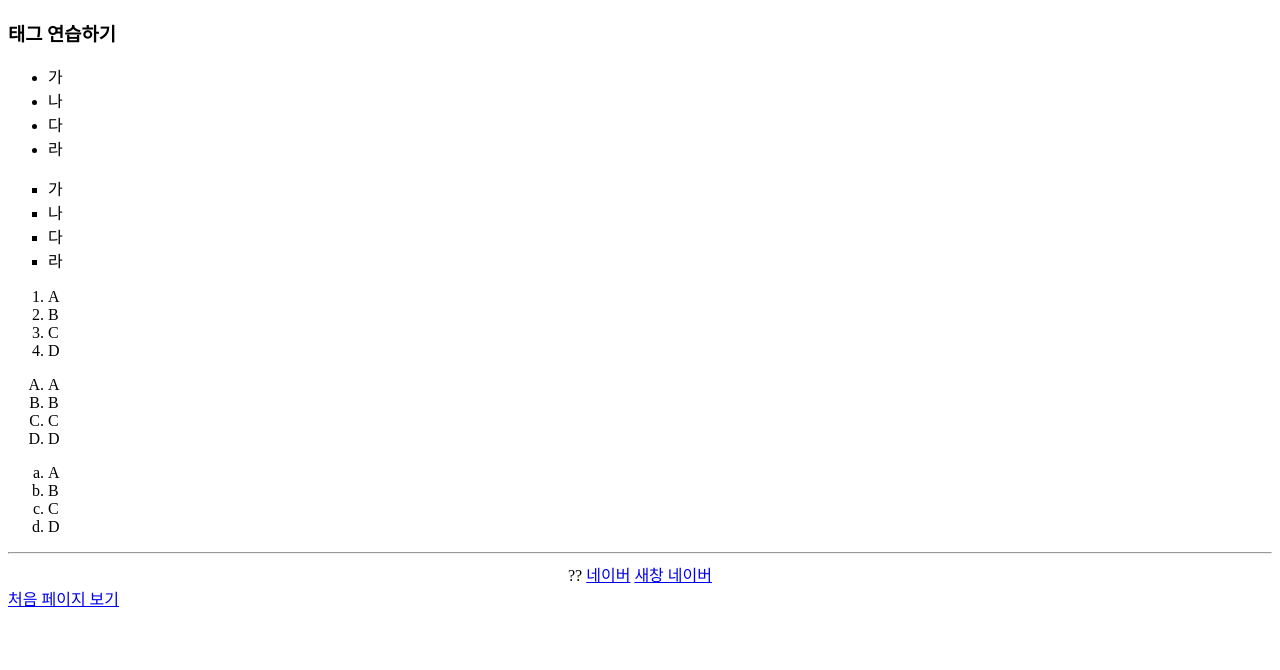
Repository: poomshen/team_03_project2
Page: WebBasic/WebContent/Ex02_Basic.html
An editor plug-in stored every save of this project. The page is shown before and after the next save, followed by the edit.
The browser window is 1280 px wide. The pictures show the whole page.

Above is the page before, as saved 2016-08-26 05:47:29.

### WebBasic/WebContent/Ex02_Basic.html
<!DOCTYPE html>
<html>
<head>
<meta charset="UTF-8">
<title>태그연습</title>
</head>
<body>
<h3> 태그 연습하기</h3>
<ul>
 	<li>가 </li>
 	<li>나 </li>
 	<li>다 </li>
 	<li>라 </li>
</ul>
<ul type="square">
 	<li>가 </li>
 	<li>나 </li>
 	<li>다 </li>
 	<li>라 </li>
</ul>
<ol>
	<li>A</li>
	<li>B</li>
	<li>C</li>
	<li>D</li>
</ol>
<ol type="A">
	<li>A</li>
	<li>B</li>
	<li>C</li>
	<li>D</li>
</ol>
<ol type="a">
	<li>A</li>
	<li>B</li>
	<li>C</li>
	<li>D</li>
</ol>
<div style="width: 100" align="center">
<hr/>
??

<a  href="http://www,naver,com" target="_self">네이버</a>

<a  href="http://www,naver,com" target="_blank">새창 네이버</a>

</div>
<a href="Ex01_Basic.html">처음 페이지 보기</a>


</body>
</html>

After the next save:
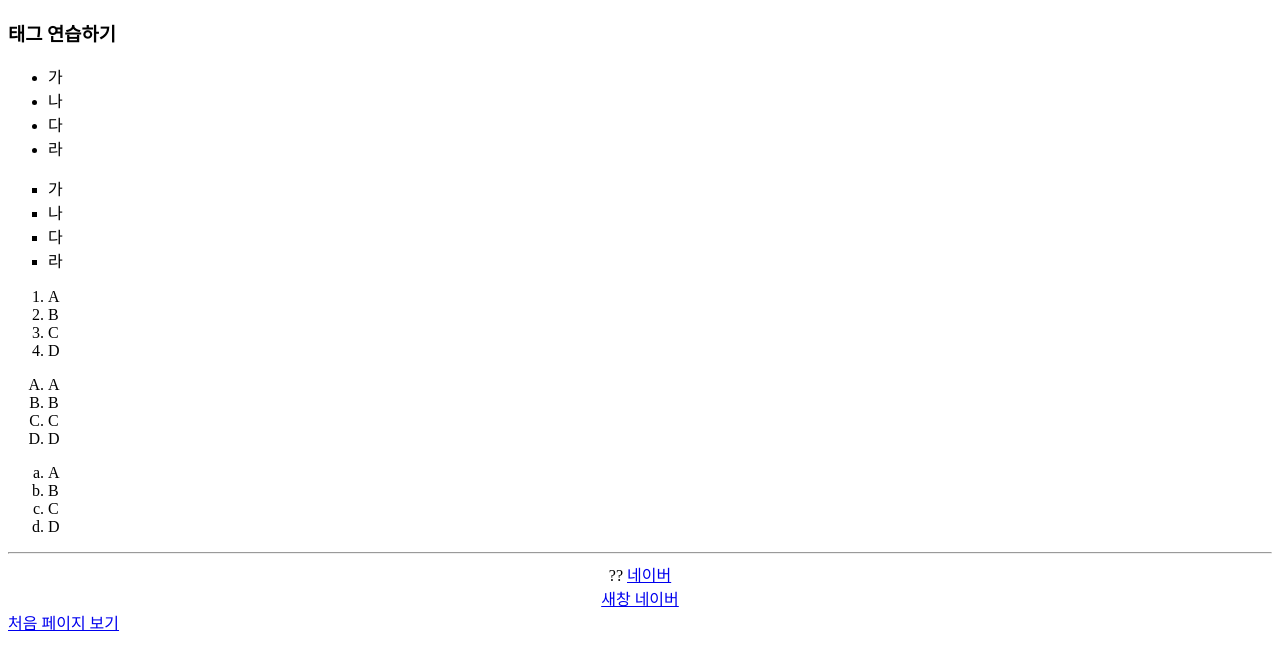
Saved 28 s later.
--- a/WebBasic/WebContent/Ex02_Basic.html
+++ b/WebBasic/WebContent/Ex02_Basic.html
@@ -40,9 +40,9 @@
 <hr/>
 ??
 
-<a  href="http://www,naver,com" target="_self">네이버</a>
-
-<a  href="http://www,naver,com" target="_blank">새창 네이버</a>
+<a  href="http://www.naver.com" target="_self">네이버</a>
+<br>
+<a  href="http://www.naver.com" target="_blank">새창 네이버</a>
 
 </div>
 <a href="Ex01_Basic.html">처음 페이지 보기</a>
